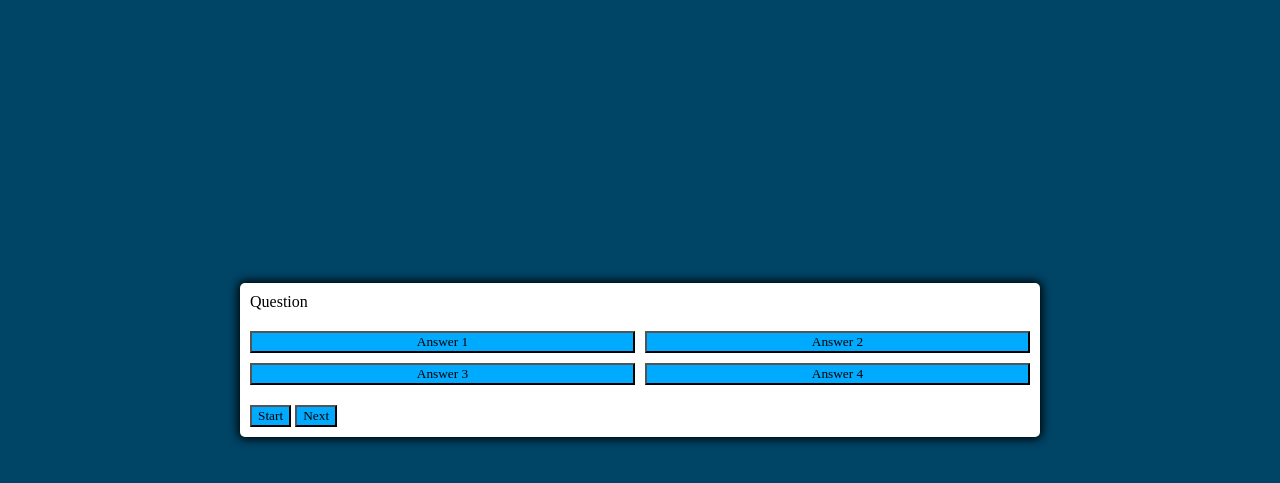
Repository: DaNiels89/quiz-js
Page: index.html
The author's editor kept a copy of each file at every save. The page is drawn from the files as they stood at one save, then again after the next save.
The browser window is 1280 px wide. The pictures show the whole page.

Above is the page before, as saved 2020-06-22 09:49:01.

### index.html
<!DOCTYPE html>
<html lang="en">

<head>
    <meta charset="UTF-8">
    <meta name="viewport" content="width=device-width, initial-scale=1.0">
    <link rel="stylesheet" href="css/styles.css">
    <script defer scr="script.js"></script>
    <title>Quiz</title>
</head>

<body>
    <div class="container">
        <div id="question-container" class="hide">
            <div class="question">Question</div>
            <div id="answer-buttons" class="btn-grid">
                <button class="btn">Answer 1</button>
                <button class="btn">Answer 2</button>
                <button class="btn">Answer 3</button>
                <button class="btn">Answer 4</button>
            </div>
        </div>
        <div class="controls">
            <button id="start-btn" class="start-btn btn">Start</button>
            <button id="next-btn" class="next-btn btn">Next</button>
        </div>
    </div>
</body>

</html>

### css/styles.css
*, *::before, *::after {
    box-sizing: border-box;
    font-family: Gotham Rounded;
}

:root {
    --hue-neutral: 200;
    --hue-wrong: 0;
    --hue-correct: 145;
}

body {
    --hue: var(--hue-neutral);
    padding: 0;
    margin: 0;
    display: flex;
    width: 100vw;
    height: 100vh;
    justify-content: center;
    align-items: center;
    background-color: hsl(var(--hue), 100%, 20%);
}

body.correct {
    --hue: var(--hue-correct);
}

body.wrong {
    --hue: var(--hue-wrong);
}

.container {
    width: 800px;
    max-width: 80%;
    background-color: white;
    border-radius: 5px;
    padding: 10px;
    box-shadow: 0 0 10px 2px;
}

.btn-grid {
    display: grid;
    grid-template-columns: repeat(2, auto);
    gap: 10px;
    margin: 20px 0;
}

.btn {
    --hue: var(--hue-neutral);
    background-color: hsl(var(--hue), 100%, 50%)
}

After the next save:
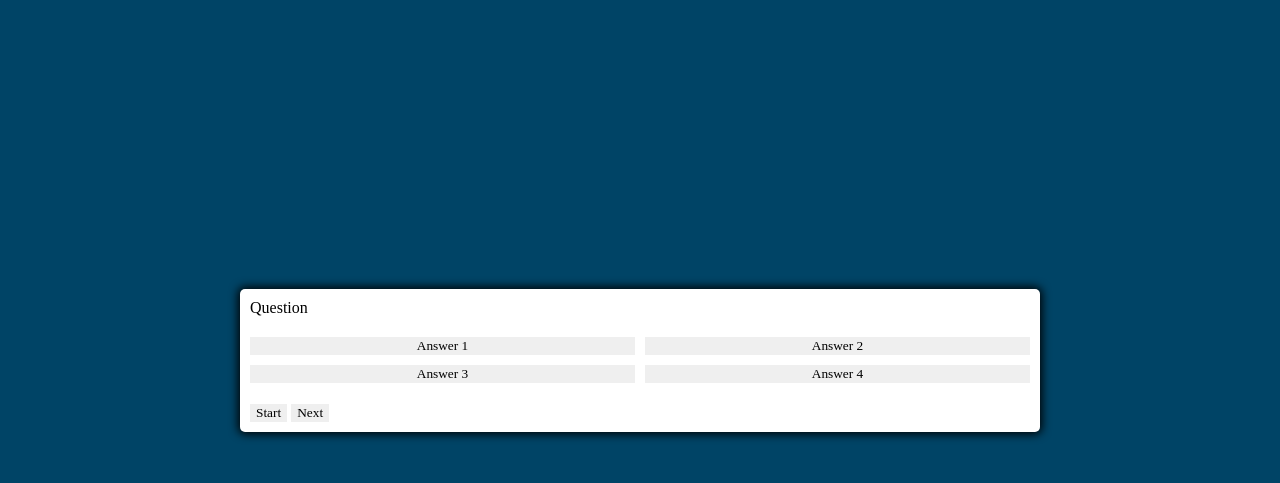
Saved 25 s later.
--- a/css/styles.css
+++ b/css/styles.css
@@ -47,5 +47,6 @@ body.wrong {
 
 .btn {
     --hue: var(--hue-neutral);
+    border: 1px solid hsl(var(--hue), 100%, 30%)
     background-color: hsl(var(--hue), 100%, 50%)
 }
